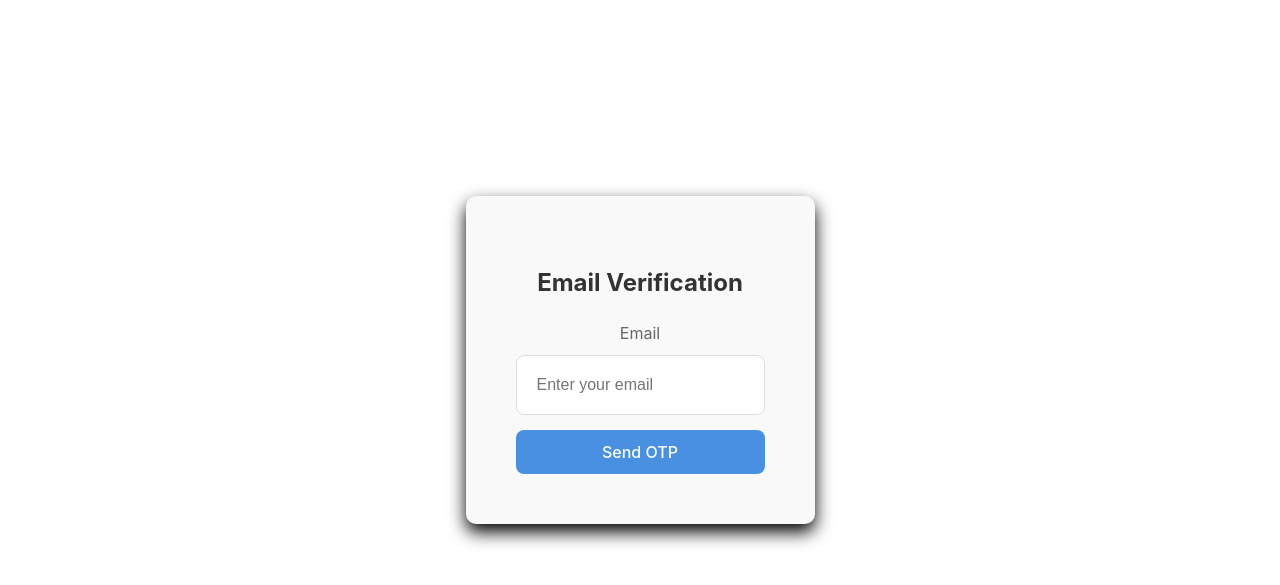
Repository: sarathraj2002/MockTest
Page: / (app in Frontend/)
An editor plug-in stored every save of this project. The page is shown before and after the next save, followed by the edit.
The browser window is 1280 px wide. The pictures show the whole page.
The project was rebuilt for these pictures with package versions that can differ from the ones it lists, and the page was loaded fresh each time. Also part of the build but not shown: Frontend/vite.config.js, Frontend/src/components/Home.jsx, Frontend/src/components/Mail.jsx.

Above is the page before, as saved 2024-11-13 17:04:17.

After the next save:
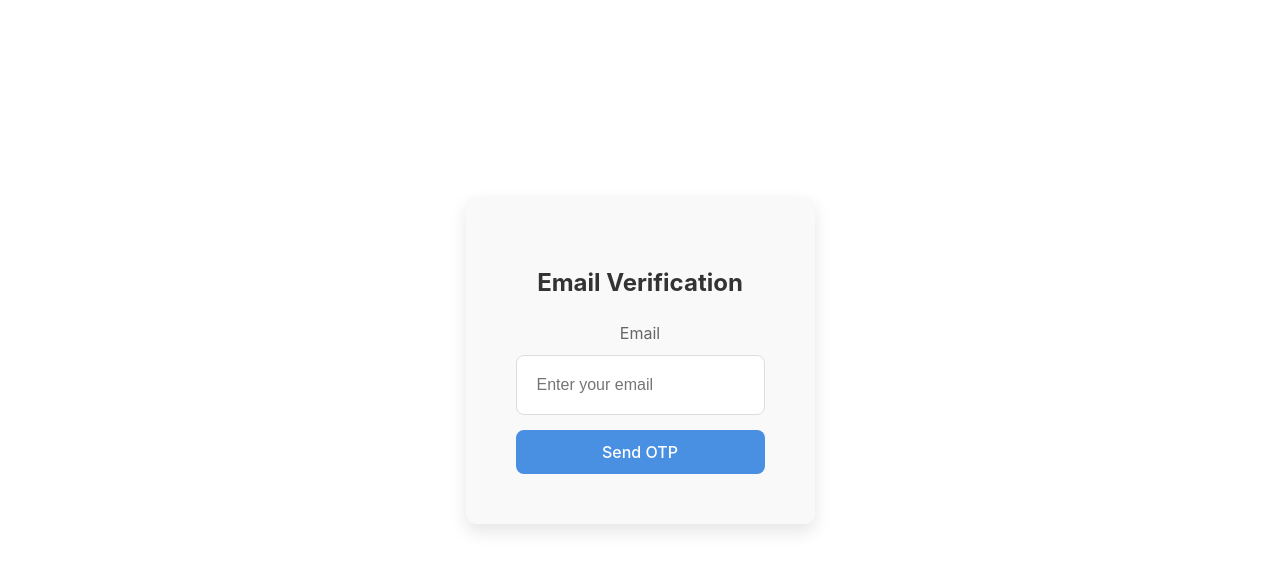
Saved 6 s later.
--- a/Frontend/src/components/Otp.jsx
+++ b/Frontend/src/components/Otp.jsx
@@ -57,7 +57,7 @@ function Email({ onEmailSubmit }) {
     padding: '50px',
     textAlign: 'center',
     backgroundColor: '#f9f9f9',
-    boxShadow: '0 8px 17px rgba(0, 0, 0, 1.2)',
+    boxShadow: '0 8px 17px rgba(0, 0, 0, 0.1)',
     borderRadius: '10px',
   }}
 >
